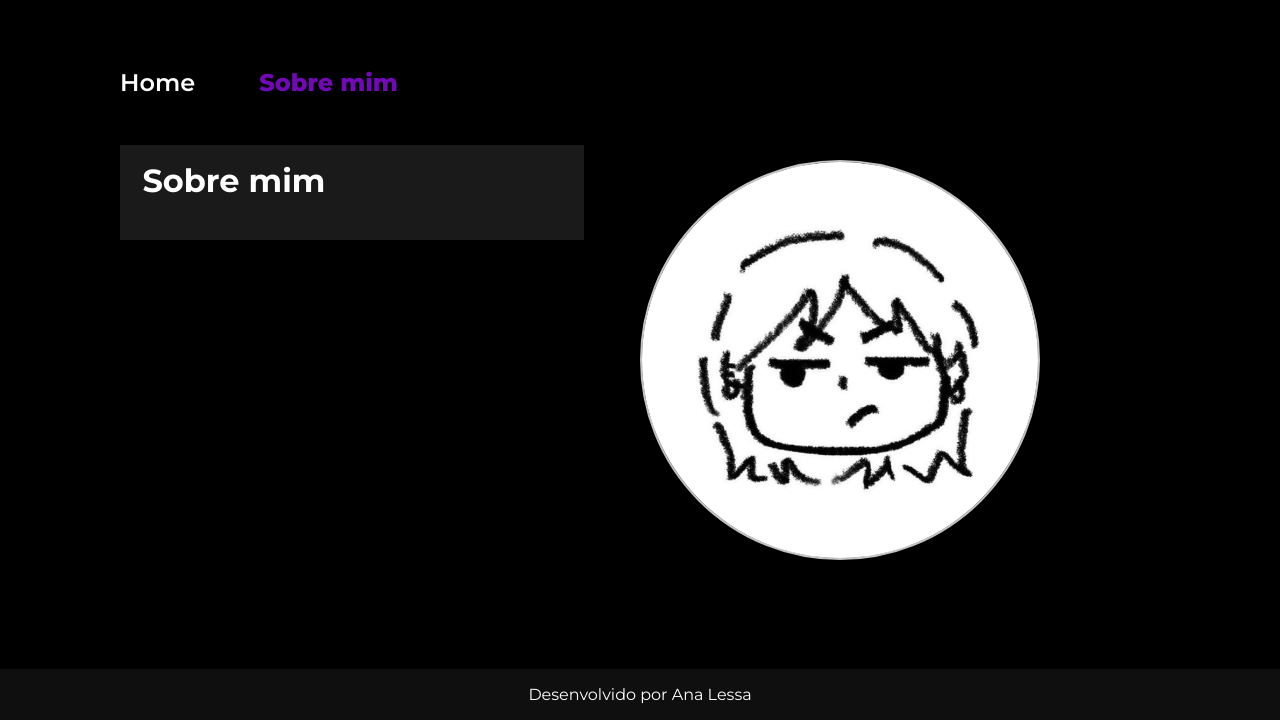
Repository: analessp/portfolio-developer
Page: about-me.html
The author's editor kept a copy of each file at every save. The page is drawn from the files as they stood at one save, then again after the next save.
The browser window is 1280 px wide. The pictures show the whole page.

Above is the page before, as saved 2025-04-24 11:55:55.

### about-me.html
<!DOCTYPE html>
<html lang="pt-BR">
<head>
    <meta charset="UTF-8">
    <meta name="viewport" content="width=device-width, initial-scale=1.0">
    <title>Sobre mim</title>
    <link rel="stylesheet" href="/style/style.css"
</head>
<body>
    <header>
        <nav>
            <ul class="navbar-list">
                <li>
                    <a href="index.html" class="page">Home</a>
                </li>
                <li>
                    <a href="about-me.html" class="page active">Sobre mim</a>
                </li>
            </ul>
        </nav>
    </header>
    <main>
        <div class="about-me">
            <h1>Sobre mim</h1>
            <p></p>
        </div>
        <img src="/assets/avatar.jfif" alt="Avatar de Ana Lessa" class="logo">
    </main>
    <footer>Desenvolvido por Ana Lessa</footer>
</body>
</html>

### style/style.css
@import url('https://fonts.googleapis.com/css2?family=Montserrat:ital,wght@0,100..900;1,100..900&display=swap');
@import url(/style/about-me.css);

* {
    margin: 0;
    padding: 0;
    box-sizing: border-box;
    font-family: "Montserrat", sans-serif;
}

html, body {
    height: 100%;
    margin: 0;
}

body {
    height: 100vh;
    width: 100%;
    background-color: black;
    color: white;
    display: flex;
    flex-direction: column;
    justify-content: space-between;
}

.navbar-list {
    padding-left: 120px;
    padding-top: 68px;
    display: flex;
    gap: 4rem;
    list-style-type: none;
    color: #7209b7;
    font-weight: 700;
    font-size: 1.5rem;
    margin-bottom: 3rem;
}

.page {
    text-decoration: none;
    color: white;
    font-weight: 600;
}

.active {
    font-weight: 800;
    color: #7209b7;
}

main {
    padding-left: 120px;
    display: flex;
    gap: 10rem;
    align-items: center;
}

.introduce {
    display: flex;
    flex-direction: column;
    gap: 1.5rem;
    width: 40%;
}

.introduce p {
    text-align: justify;
}

.title {
    text-align: center;
}

.title h1 {
    font-size: 3rem;
}

.title h2 {
    font-size: 1.5rem;
    color: #7209b7;
}

.social-links {
    list-style-type: none;
    display: flex;
    flex-direction: column;
    gap: 1.5rem;
    align-items: center;
}

.social-links li {
    border: 2px solid #c3c3c3;
    background-color: rgba(128, 128, 128, 0.454);
    padding: 1rem 0 1rem 0;
    width: 70%;
    text-align: center;
    border-radius: 12px;

&:hover {
    border: 2px solid rgba(128, 128, 128, 0.454);
    background-color: #7209b7;
    transition-duration: 400ms;
    transform: scale(1.1);
  }
}

.social-links a {
    text-decoration: none;
    color: white;
    font-weight: bold;
}

.logo {
    width: 25rem;
    border-radius: 50%;
    border: 2px solid #c3c3c3;
    height: fit-content;
    position: fixed;
    right: 15rem;
    top: 10rem;
}

footer {
    margin-top: auto;
    padding: 1rem 0 1rem 0;
    background-color: rgb(15, 15, 16);
    display: flex;
    flex-direction: column;
    align-items: center;
    gap: 1rem;
    flex-shrink: 0;
}

footer ul {
    display: flex;
    gap: 2rem;
    list-style: none;
    margin-bottom: 1rem;
}

footer a {
    text-decoration: none;
    color: white;
    font-weight: 600;
}

@media only screen and (max-width: 768px) {

    body {
        justify-content: center;
    }

    .navbar-list {
        justify-content: center;
        padding-left: 0;
        padding-top: 40px;
        margin-bottom: 0;
    }

    main {
        height: 100vh;
        margin-top: 0;
        flex-direction: column-reverse;
        padding-left: 0;
        gap: 1rem;
    }

    .introduce {
        justify-content: flex-end;
        width: 80%;
        margin-bottom: 8rem;
    }

    .logo {
        top: 6.5rem;
        width: 18rem;
    }

}

@media only screen and (max-width: 426px) {
    .logo {
        right: 16%;
    }

    .introduce {
        margin-bottom: 3rem;
    }

    .title h1 {
        font-size: 2.5rem;
        margin-bottom: 0.5rem;
    }
}

### style/about-me.css
.about-me {
    background-color: rgba(255, 255, 255, 0.1);
    display: flex;
    flex-direction: column;
    gap: 1.5rem;
    width: 40%;
    text-align: justify;
    padding: 1rem 1.4rem;
    border: 2px solid #;
}

After the next save:
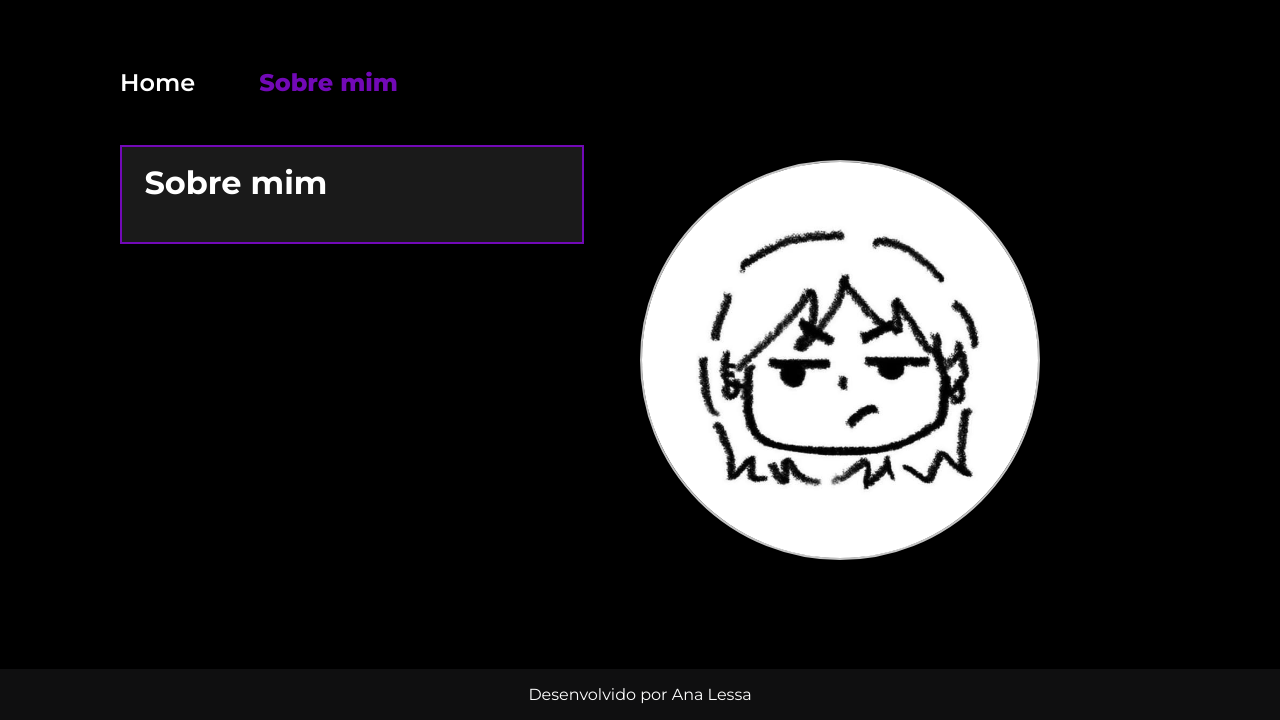
Saved 9 s later.
--- a/style/about-me.css
+++ b/style/about-me.css
@@ -6,5 +6,5 @@
     width: 40%;
     text-align: justify;
     padding: 1rem 1.4rem;
-    border: 2px solid #;
+    border: 2px solid #7209b7;
 }
